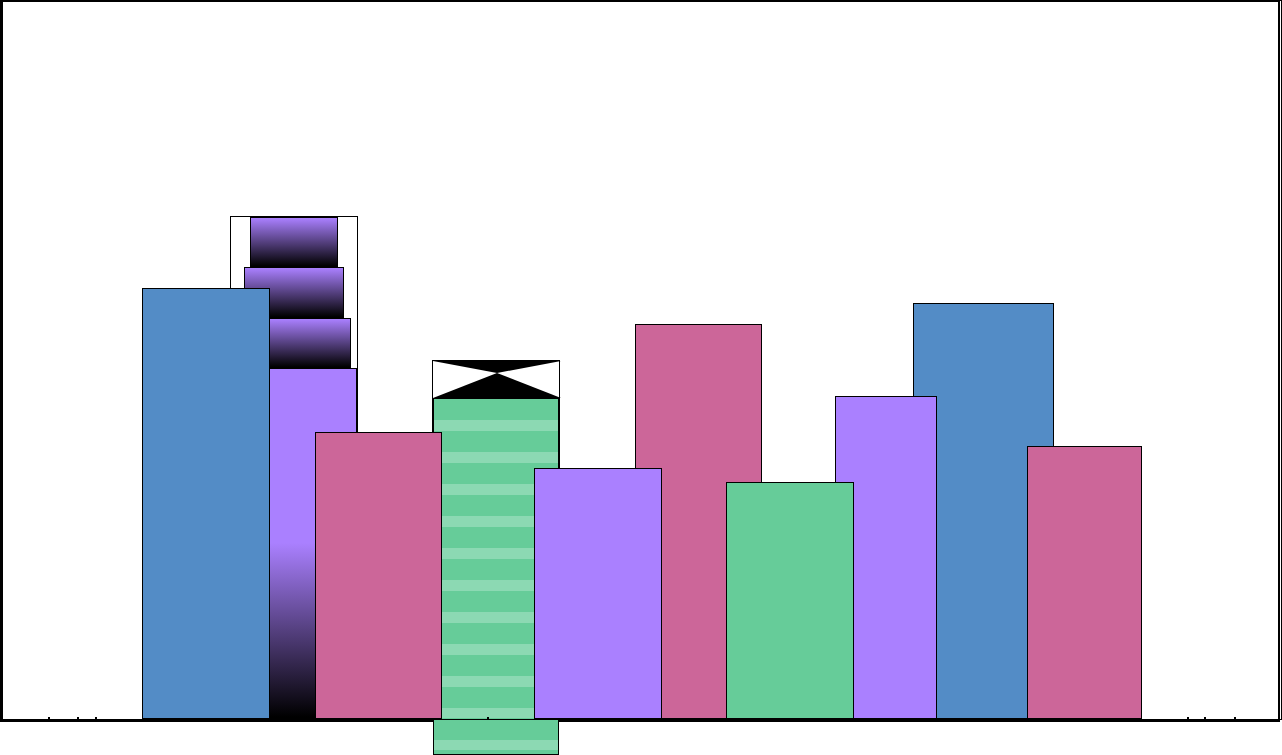
Repository: Lungdjos/city_skyline
Page: index.html
An editor plug-in stored every save of this project. The page is shown before and after a run of saves, followed by the edit.
The browser window is 1280 px wide. The page is 1282 px wide, so the pictures cover 1282 px, including what lies to the right of the window. The pictures show the whole page.

Above is the page before, as saved 2023-12-12 10:56:14.

After the next 3 saves:
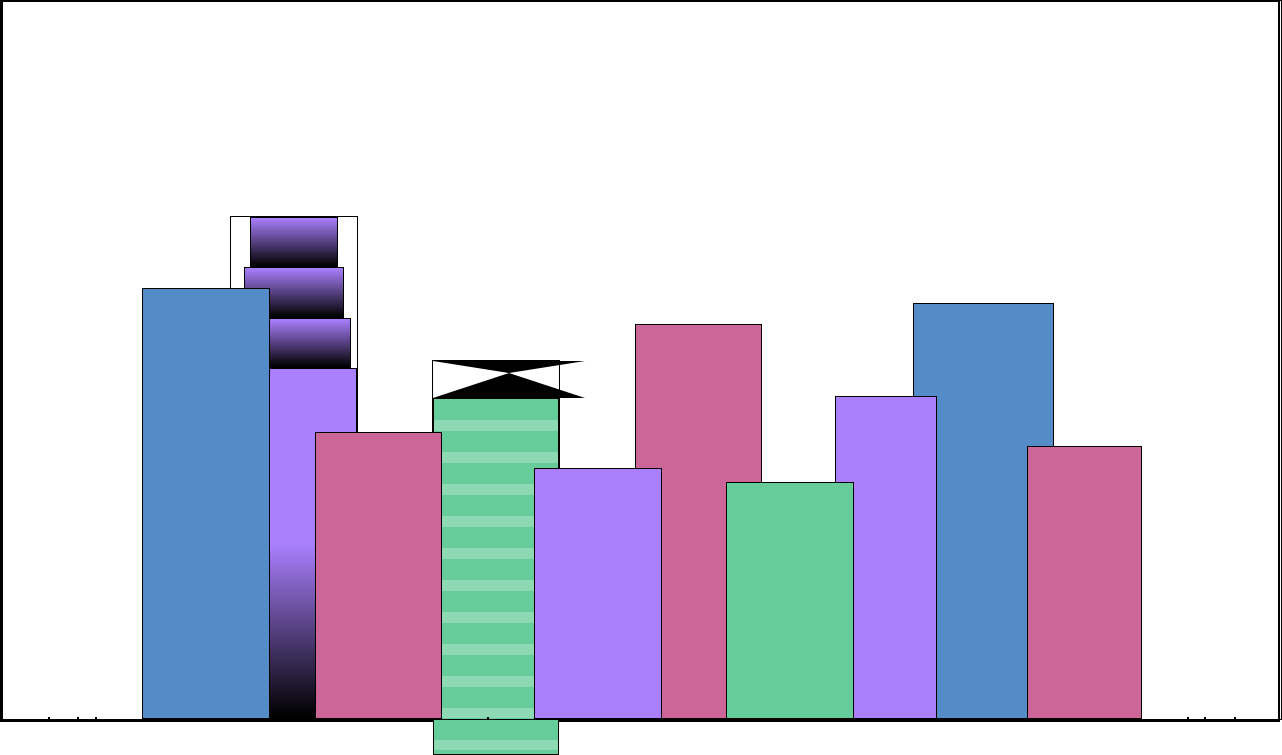
The 3 saves are shown as one change because they came seconds apart.
The last was saved 10 s later.
--- a/styles.css
+++ b/styles.css
@@ -74,8 +74,8 @@ body {
     height: 5vw; */
     border-top: 1vw solid #000;
     border-bottom: 2vw solid #000;
-    border-left: 5vw solid transparent;
-    border-right: 5vw solid transparent;
+    border-left: 6vw solid transparent;
+    border-right: 6vw solid transparent;
 }
 
 .bb2b {
